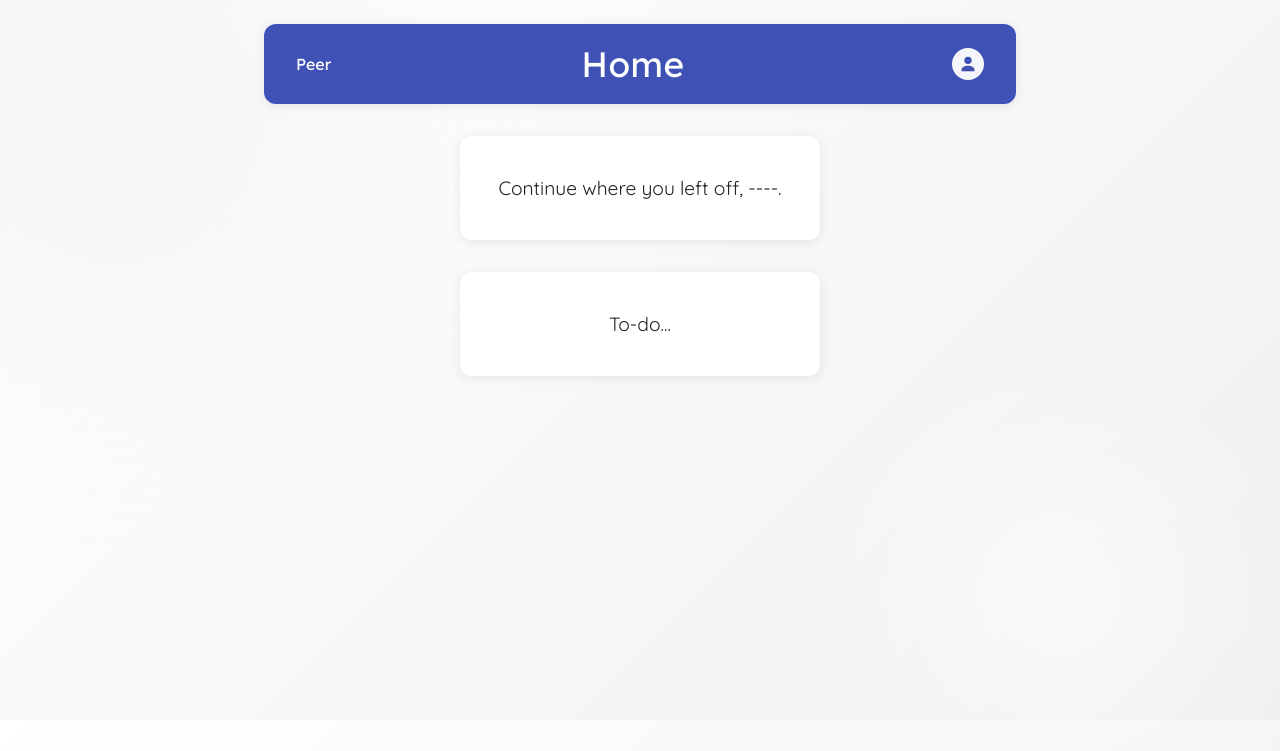
Repository: saifg123/Peer
Page: home.html
The author's editor kept a copy of each file at every save. The page is drawn from the files as they stood at one save, then again after the next save.
The browser window is 1280 px wide. The pictures show the whole page.

Above is the page before, as saved 2025-05-24 20:39:18.

### home.html
<!DOCTYPE html>
<html lang="en">
<head>
  <meta charset="UTF-8" />
  <title>Peer – Home</title>
  <link
    href="https://fonts.googleapis.com/css2?family=Lexend:wght@100..900&family=Quicksand:wght@300..700&family=Rubik:ital,wght@0,300..900;1,300..900&display=swap"
    rel="stylesheet"
  />

  <style>
    /* ==============================================
       GLOBAL RESET & BODY SETUP
       ============================================== */
    * { box-sizing: border-box; margin: 0; padding: 0; }
    html, body {
      height: 100%;
      font-family: 'Quicksand', sans-serif;
    }
    body::after {
  /* existing styles... */
  transition: background 2s ease, filter 2s ease, opacity 2s ease;
}
    body {
      position: relative;
      background: linear-gradient(135deg, #b3b3f5 0%, #ffe3e3 100%);
      transition: background 2s ease;
    }
    body::before,



    /* Animated blobs */
    body::before, body::after {
      content: "";
      position: absolute;
      border-radius: 50%;
      opacity: 0.5;
      animation: float 10s ease-in-out infinite alternate;
    }
    body::before {
      width: 500px; height: 500px;
      background: #fff;
      top: -200px; left: -200px;
      filter: blur(150px);
      animation-duration: 12s;
    }
    body::after {
      width: 300px; height: 300px;
      background: #3f51b5;
      top: 60%; left: 70%;
      filter: blur(100px);
      animation-duration: 8s;
      animation-delay: 2s;
    }
    @keyframes float {
      to { transform: translate3d(50px,50px,0) scale(1.1); opacity: 0.7; }
    }

    /* Subtle stripe texture */
    .stripe-overlay {
      pointer-events: none;
      position: absolute;
      inset: 0;
      background-image: repeating-linear-gradient(
        45deg,
        rgba(255,255,255,0.05) 0px,
        rgba(255,255,255,0.05) 2px,
        transparent 2px,
        transparent 4px
      );
      z-index: 1;
    }

    /* ==============================================
       CONTAINER & POSITIONING
       ============================================== */
    .container {
      position: relative;
      max-width: 800px;
      margin: 0 auto;
      padding: 24px;
      height: 100%;
      display: flex;
      flex-direction: column;
      align-items: center;
      justify-content: start;
      gap: 32px;
      z-index: 2; /* above blobs */
    }

    /* ==============================================
       HEADER
       ============================================== */
    .header {
      width: 100%;
      display: flex;
      align-items: center;
      justify-content: space-between;
      background: #3f51b5;
      padding: 18px 32px;
      border-radius: 12px;
      box-shadow: 0 2px 12px rgba(0,0,0,0.08);
    }
    .header-title {
      font-family: 'Lexend', sans-serif;
      display: flex;
      align-items: center;
      gap: 250px;
      color: #fff;
    }
    .header-home {
      font-size: 2.2rem;
      font-weight: 400;
      letter-spacing: 0.5px;
    }
    .guest-icon {
      width: 32px; height: 32px;
      background: #f5f6fa;
      border-radius: 50%;
      display: flex;
      align-items: center;
      justify-content: center;
    }
    .guest-icon svg {
      width: 22px; height: 22px;
      fill: #3f51b5;
    }

    /* ==============================================
       BOXES
       ============================================== */
    .box {
      background: #fff;
      border-radius: 12px;
      box-shadow: 0 2px 12px rgba(0,0,0,0.08);
      padding: 40px 32px;
      width: 100%;
      max-width: 360px;
      text-align: center;
      font-size: 1.2rem;
      color: #222;
      cursor: default;
      transition: background 0.3s ease;
    }
    .box:hover {
      background: #b3b3f5;
    }
    .continue-box { cursor: pointer; }
    .to-do-box { display: flex; align-items: center; justify-content: center; }

    /* ==============================================
       FADE-IN ANIMATION
       ============================================== */
    @keyframes fadeIn {
      from { opacity: 0; transform: translateY(10px); }
      to   { opacity: 1; transform: translateY(0); }
    }
    .fade-in {
      opacity: 0;
      animation: fadeIn 0.5s ease forwards;
    }
    /* stagger */
    .header.fade-in       { animation-delay: 0s; }
    .continue-box.fade-in { animation-delay: 0.5s; }
    .to-do-box.fade-in    { animation-delay: 1s; }
  </style>

 <script>
  document.addEventListener('DOMContentLoaded', () => {
    // click handler
    const box = document.querySelector('.continue-box');
    if (box) {
      box.addEventListener('click', () => {
        window.location.href = 'app.html';
      });
    }
    // trigger fade-ins
    document.querySelectorAll('.fade-in')
      .forEach(el => el.classList.add('fade-in'));
  });

  window.addEventListener('load', () => {
    // Animate background
    document.body.style.background = 'linear-gradient(135deg, #fff 0%, #f0f0f0 100%)';

    // Animate blobs after delay (optional)
    setTimeout(() => {
      const before = document.createElement('style');
      before.textContent = `
        body::before {
          background: #f0f0f0 !important;
          filter: blur(100px) !important;
        }
        body::after {
          background: #ffffff !important;
          filter: blur(80px) !important;
        }
      `;
      document.head.appendChild(before);
    }, 0);
  });
</script>

</head>

<body>
  <div class="stripe-overlay"></div>

  <div class="container">
    <div class="header fade-in">
      <div class="header-title">
        Peer <span class="header-home">Home</span>
      </div>
      <div class="guest-icon">
        <svg viewBox="0 0 24 24">
          <circle cx="12" cy="8" r="4"/>
          <path d="M12 14c-4 0-7 2-7 4v2h14v-2c0-2-3-4-7-4z"/>
        </svg>
      </div>
    </div>

    <div class="continue-box box fade-in">
      Continue where you left off, ----.
    </div>

    <div class="to-do-box box fade-in">
      To-do...
    </div>
  </div>
</body>
</html>

After the next save:
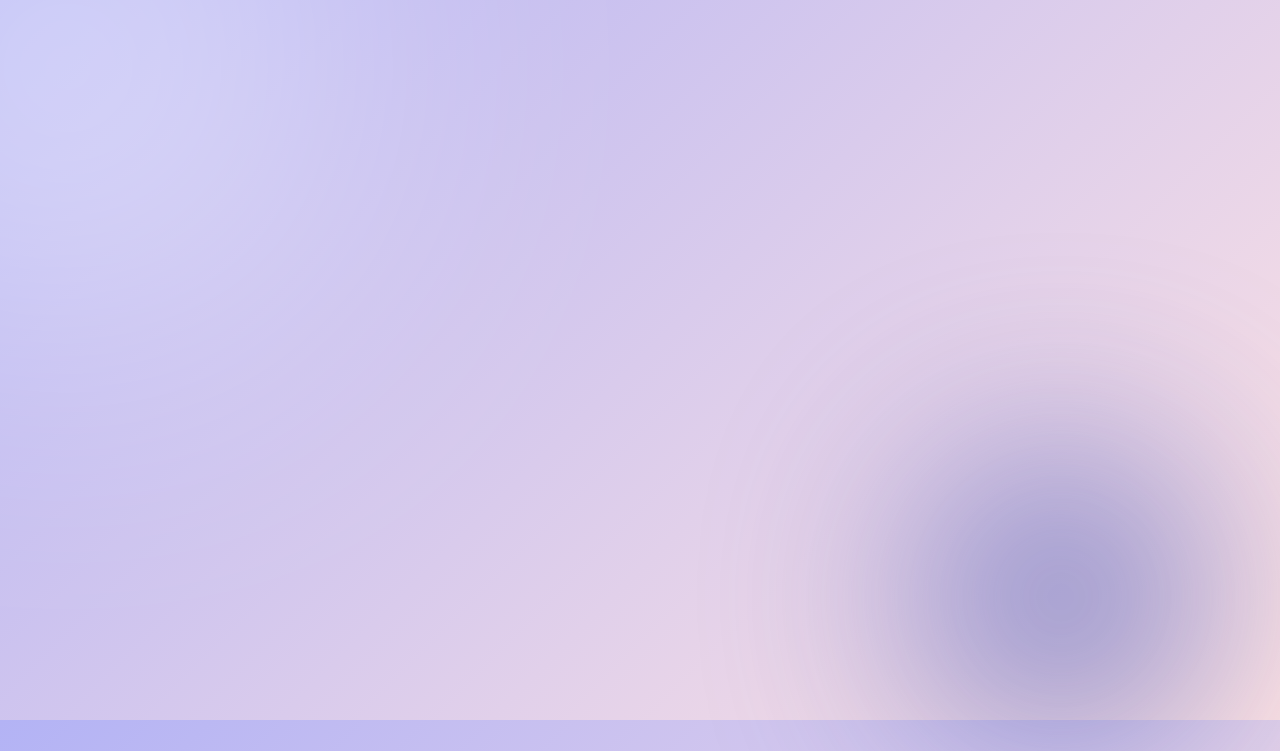
Saved 58 s later.
--- a/home.html
+++ b/home.html
@@ -26,7 +26,6 @@
       background: linear-gradient(135deg, #b3b3f5 0%, #ffe3e3 100%);
       transition: background 2s ease;
     }
-    body::before,
 
 
 
@@ -181,26 +180,12 @@
   });
 
   window.addEventListener('load', () => {
+  window.addEventListener('load', () => {
     // Animate background
-    document.body.style.background = 'linear-gradient(135deg, #fff 0%, #f0f0f0 100%)';
-
-    // Animate blobs after delay (optional)
     setTimeout(() => {
-      const before = document.createElement('style');
-      before.textContent = `
-        body::before {
-          background: #f0f0f0 !important;
-          filter: blur(100px) !important;
-        }
-        body::after {
-          background: #ffffff !important;
-          filter: blur(80px) !important;
-        }
-      `;
-      document.head.appendChild(before);
-    }, 0);
+      document.body.style.background = 'linear-gradient(135deg, #fff 0%, #f0f0f0 100%)';
+    }, 100); // slight delay to trigger transition
   });
-</script>
 
 </head>
 

After the 2 saves that followed:
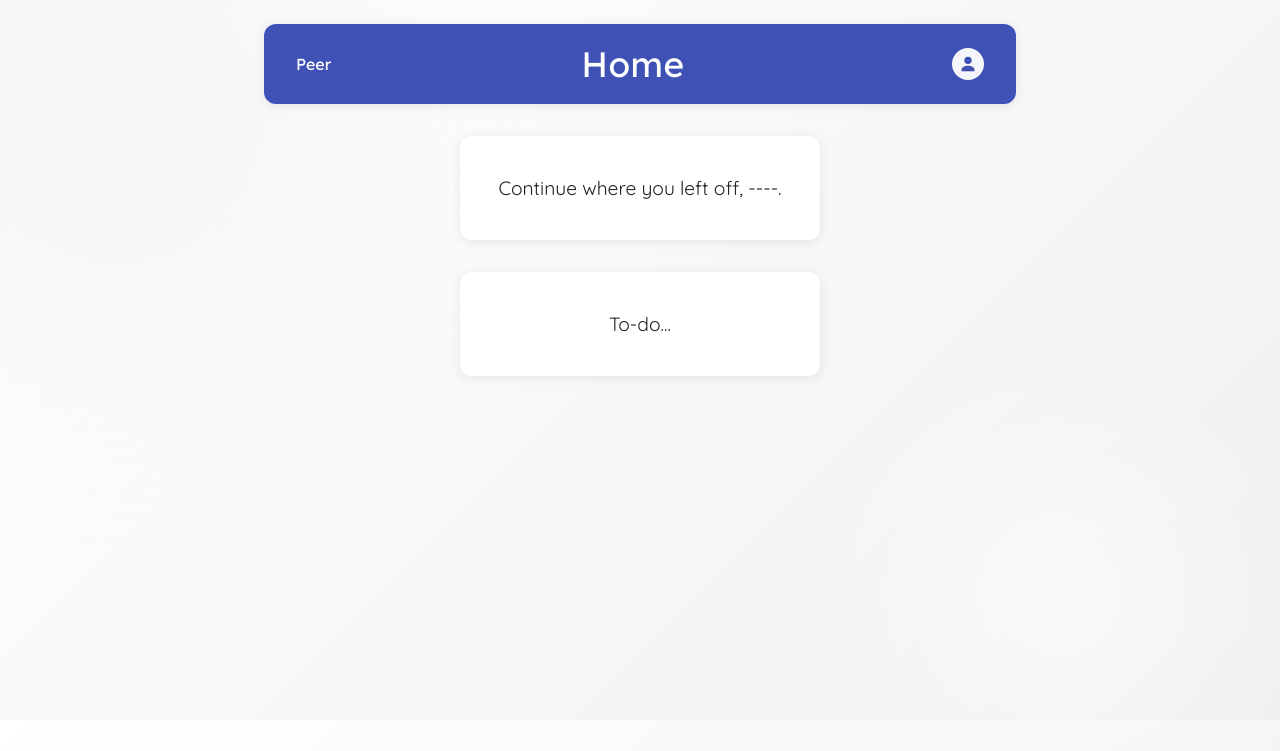
The 2 saves are shown as one change because 1 left the picture as it was.
The last was saved 13 s later.
--- a/home.html
+++ b/home.html
@@ -26,6 +26,7 @@
       background: linear-gradient(135deg, #b3b3f5 0%, #ffe3e3 100%);
       transition: background 2s ease;
     }
+    body::before,
 
 
 
@@ -180,12 +181,26 @@
   });
 
   window.addEventListener('load', () => {
-  window.addEventListener('load', () => {
     // Animate background
+    document.body.style.background = 'linear-gradient(135deg, #fff 0%, #f0f0f0 100%)';
+
+    // Animate blobs after delay (optional)
     setTimeout(() => {
-      document.body.style.background = 'linear-gradient(135deg, #fff 0%, #f0f0f0 100%)';
-    }, 100); // slight delay to trigger transition
+      const before = document.createElement('style');
+      before.textContent = `
+        body::before {
+          background: #f0f0f0 !important;
+          filter: blur(100px) !important;
+        }
+        body::after {
+          background: #ffffff !important;
+          filter: blur(80px) !important;
+        }
+      `;
+      document.head.appendChild(before);
+    }, 0);
   });
+</script>
 
 </head>
 
